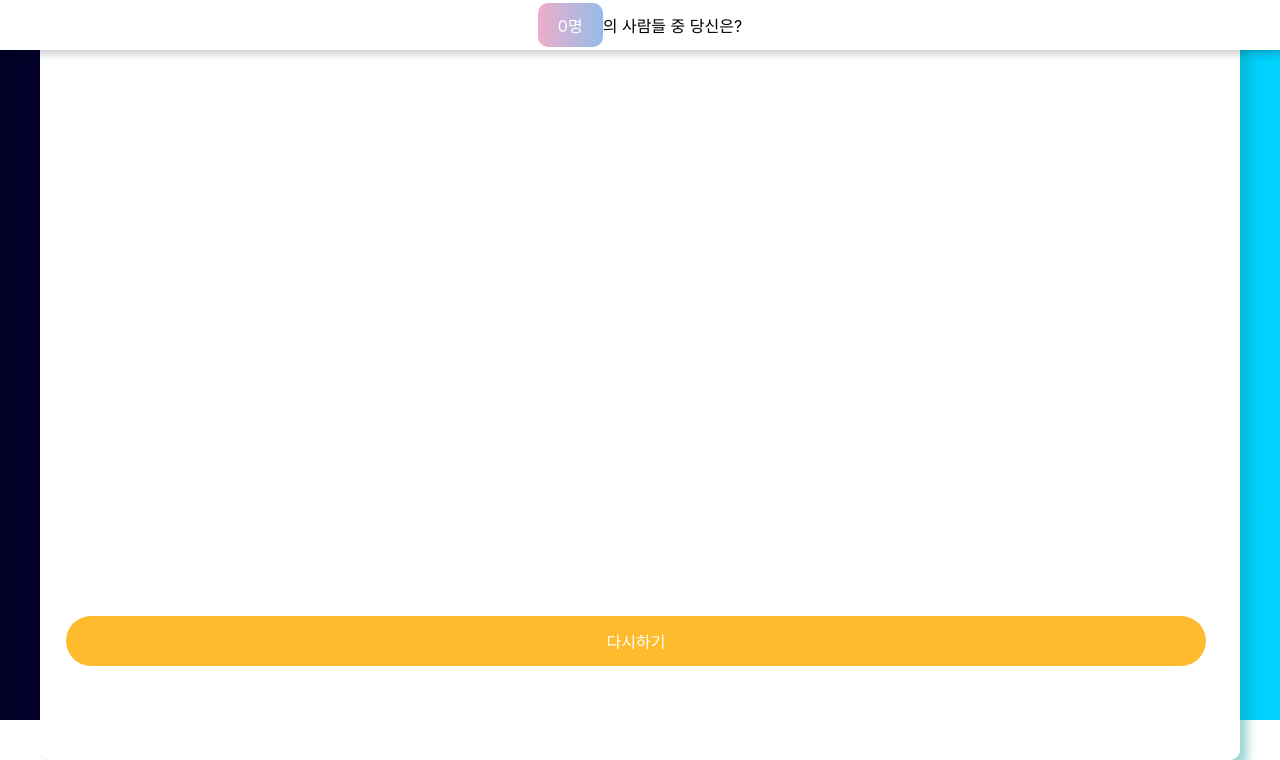
Repository: dnjfht/quiz3
Page: /ranking
The author's editor kept a copy of each file at every save. The page is drawn from the files as they stood at one save, then again after the next save.
The browser window is 1280 px wide. The pictures show the whole page.
The page's requests for data from a server got no answer. The project was rebuilt for these pictures with package versions that can differ from the ones it lists, and the page was loaded fresh each time. No one was signed in, and anything a server would have sent is missing. Also part of the build but not shown: src/components/Start.js, src/components/Progress.js, src/components/Quiz.js, src/components/Score.js, src/components/Message.js, src/components/NotPage.js.

Above is the page before, as saved 2023-04-15 23:11:13.

After the next save:
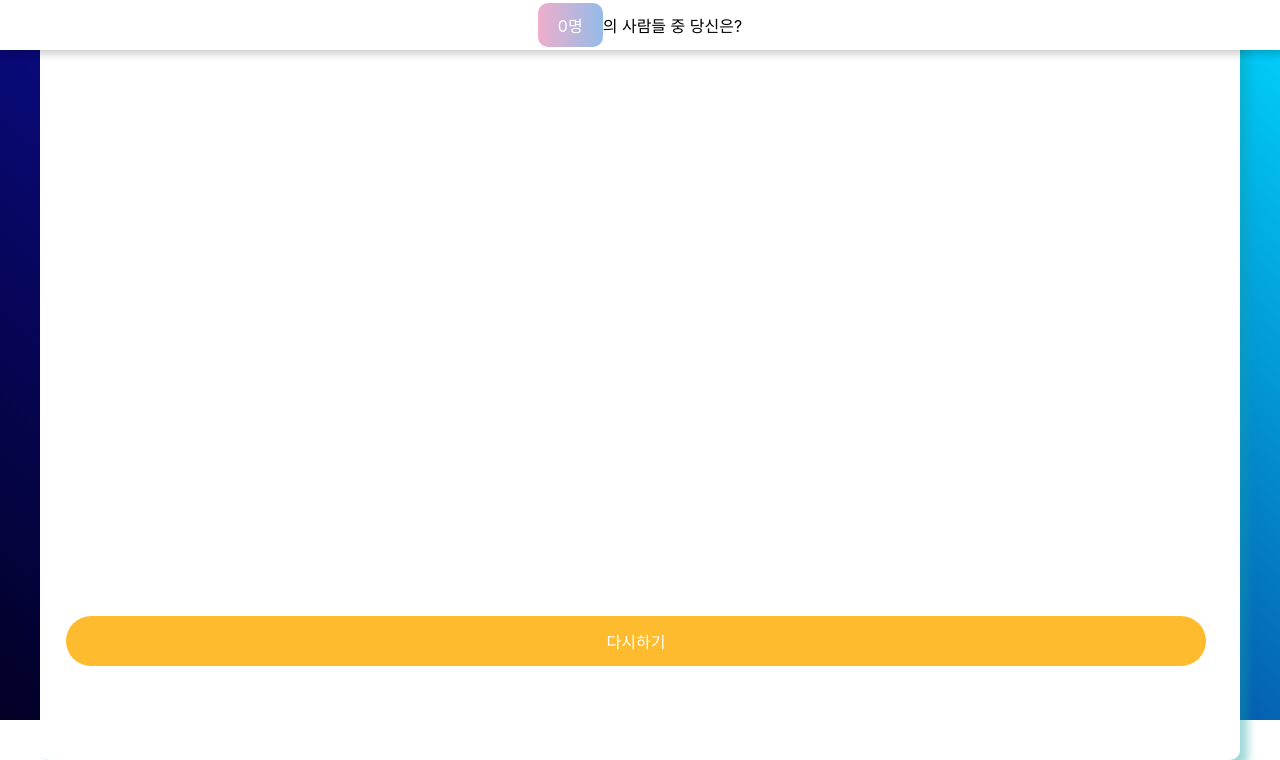
Saved 10 s later.
--- a/src/App.js
+++ b/src/App.js
@@ -6,7 +6,7 @@ const Wrap = styled.div`
   height: 100vh;
   background: rgb(2, 0, 36);
   background: linear-gradient(
-    90deg,
+    45deg,
     rgba(2, 0, 36, 1) 0%,
     rgba(9, 9, 121, 1) 35%,
     rgba(0, 212, 255, 1) 100%
